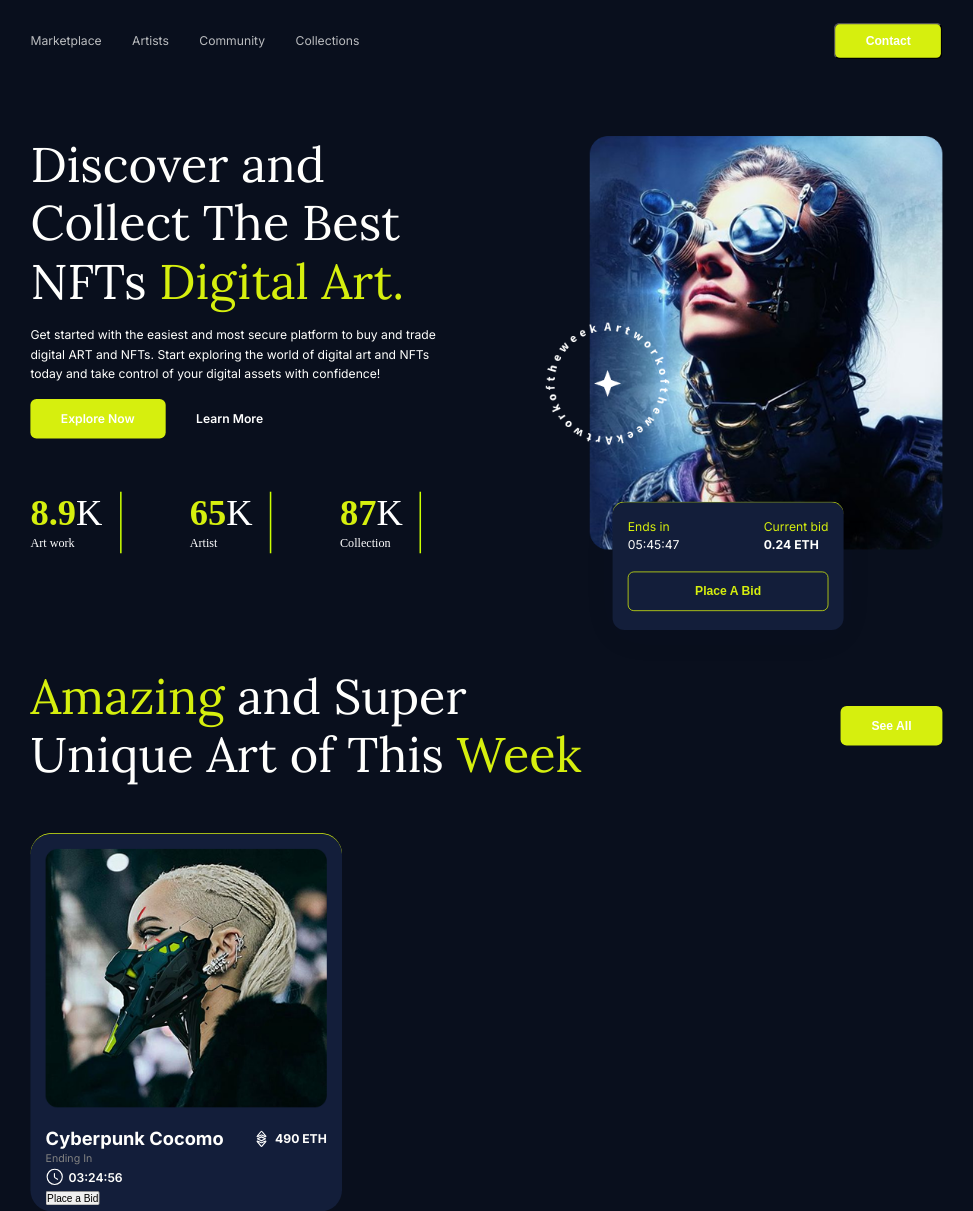
Repository: Kamron5505/NftMarketplace
Page: index.html
An editor plug-in stored every save of this project. The page is shown before and after the next save, followed by the edit.
The browser window is 1280 px wide. The pictures show the whole page, at 76% of full size.

Above is the page before, as saved 2025-07-09 14:04:54.

After the next save:
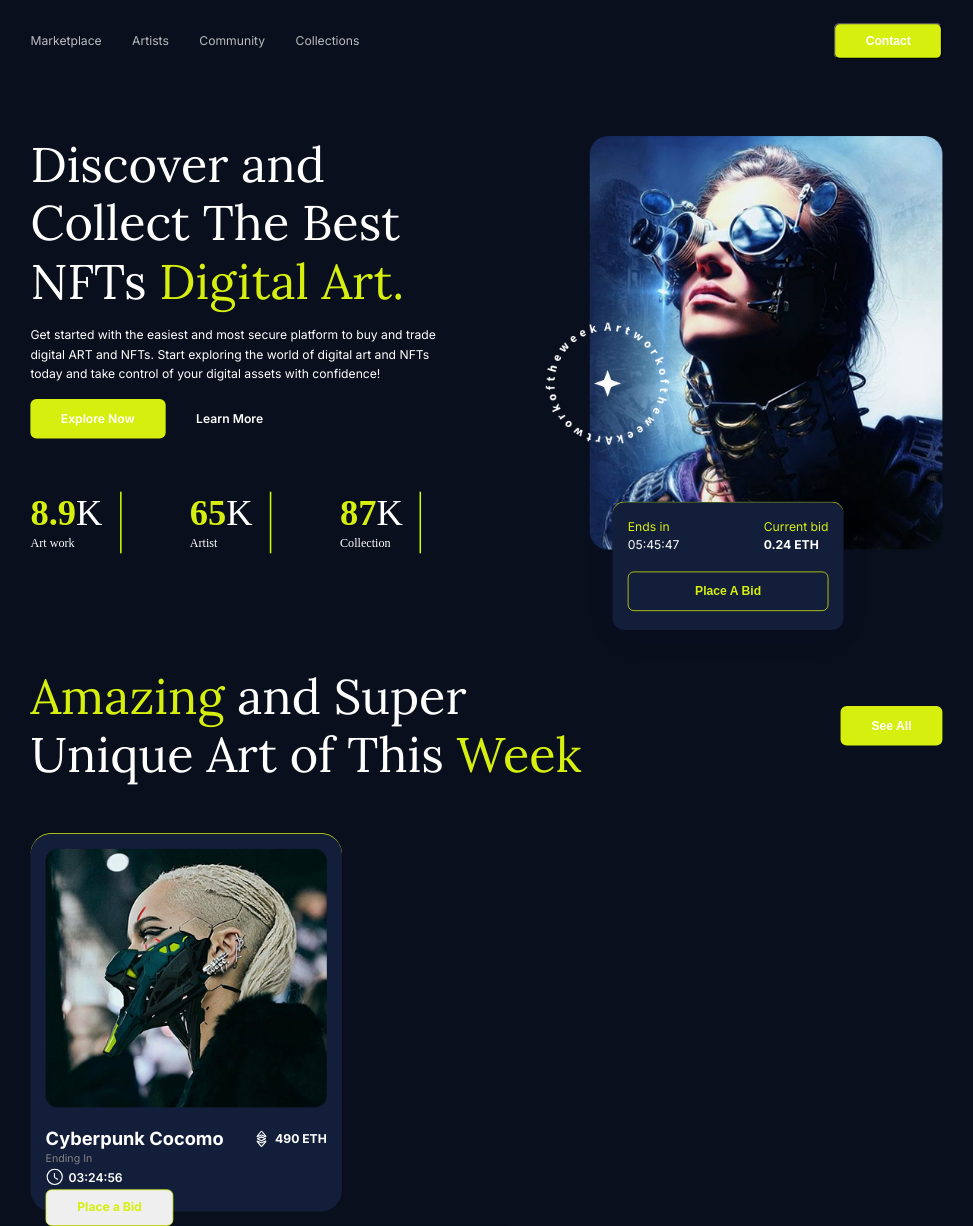
Saved 13 s later.
--- a/style.css
+++ b/style.css
@@ -359,7 +359,7 @@ h6 {
     color: #fffffd;
 }
 
-.endin .art-card__btn-bid {
+.art-card__btn-bid {
     font-family: "Inter", sans-serif;
     border: 1px solid #d6ef0e;
     border-radius: 8px;
